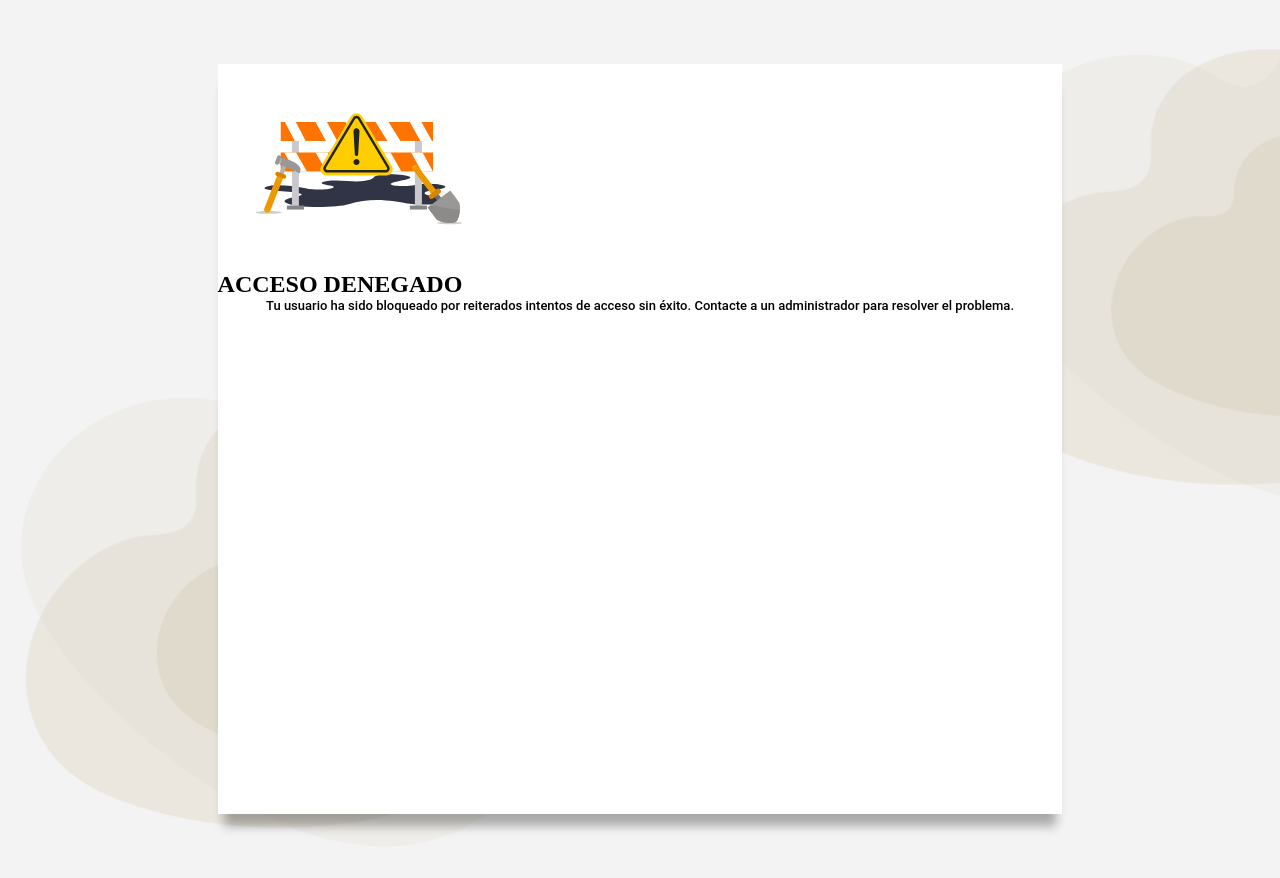
Repository: AlejandraBarrachina23/TPIntegrador_Barrachina_Java
Page: http://localhost/Alejandra_Barrachina_TP_Integrador1/error404.jsp
The author's editor kept a copy of each file at every save. The page is drawn from the files as they stood at one save, then again after the next save.
The browser window is 1280 px wide. The pictures show the whole page.
Some web libraries are served in a nearby version. The page is served by Tomcat 9. Nobody is signed in. The application's start-up code is not run. Other server files are loaded and not shown.

Above is the page before, as saved 2019-12-04 22:05:05.

### Alejandra_Barrachina_TP_Integrador1/WebContent/error404.jsp

<%@ page language="java" contentType="text/html; charset=ISO-8859-1"
    pageEncoding="ISO-8859-1"%>
<!DOCTYPE html>
<html>
<head>
<meta charset="ISO-8859-1">

<script src="https://kit.fontawesome.com/735f5623c2.js" crossorigin="anonymous"></script>
<link href="estilos.css" type="text/css" rel=stylesheet>
</head>
<body>

<div id="error-404">
		<img src="img/404.svg" alt="icono-advertencia" class="icono-advertencia">
		<h2>ACCESO DENEGADO</h2>
		<p>Tu usuario ha sido bloqueado por reiterados intentos de acceso sin éxito. Contacte a un administrador para resolver el problema.</p>
</div>

</body>
</html>

### Alejandra_Barrachina_TP_Integrador1/WebContent/estilos.css
@charset "ISO-8859-1";


* {
	padding:0px;
	margin:0px;
	border:0px;
}

body {
		background-color:#f3f3f3;
		background-image: url(iconos/fondo.png);
		background-repeat: no-repeat;
 		background-size: cover;

}


/*=============================================================
      FORMULARIO LOGIN
 ============================================================== */

 #error-404 {

 	background-color:#fff;
 	width:65;
 	height:750px;;
 	margin	: 5% 17%;
 	box-shadow: 0px 18px 10px -6px rgba(0,0,0,0.31);
 }

 #form-login {

	width:65%;
 	margin	: 5% 17%;

}

#form-login-right, #form-login-left {


	height:750px;
	float:left;
	background-color:#F9FBFC;

}

#form-login-left {

	width:65%;
	border-top-left-radius: 20px;
	border-bottom-left-radius: 20px;
	box-shadow: 0px 18px 10px -6px rgba(0,0,0,0.31);
	opacity:0.9;
}

#form-login-left img {

	width:90%;
	padding	: 10% 5%;

}

#form-login-right {

	width:33%;
	border-top-right-radius: 20px;
	border-bottom-right-radius: 20px;
	box-shadow: 13px 14px 10px -6px rgba(0,0,0,0.31);
	opacity:0.8;

}


h1 {

		font-size:50px;
		font-family: 'Bebas Neue', cursive;
		color:#2C5060;
		margin-top:30%;
		text-align:center;
}

p, #form-login-right a {

	font-family: 'Roboto', sans-serif;
	font-weight: 500;
	font-size: 13px;
	color:black;
	text-align:center;
}

.text-box {

	border-bottom: 1px solid black;
	width:250px;
	text-align: center;
	margin-left:12%;
}

.text-box i {

	float:left;
	color: #2C5060;
	padding:7px;
}

#form-login-right [type="text"], #form-login-right [type="password"]{

	padding:5px;
	width:180px;
	border:none;
	outline:none;
	background-color:#FAFCFD;
	font-family: 'Oswald', sans-serif;

}

.main-button {

	background-color: #2C5060;
	color:white;
	width:35%;
	font-size:15px;
	border-style:none;
	padding:5px;
	border-radius: 15px;
	border: 0px solid #000000;
	box-shadow: 10px 10px 25px -13px rgba(0,0,0,0.75);
	font-family: 'Oswald', sans-serif;
	margin-left: 50%;

}

.main-button:hover {

	background-color: #1a6373;
}

.iconos-redes {

	width:5%;

}


#login-informacion {

	width:90%;
	padding:5%;

}


#login-informacion a{

	font-family: 'Oswald', sans-serif;
	font-size:15px;
	margin-left:48%;
}

#login-contacto{

	margin-top:50%;
	text-align:center;
}


#login-contacto p {

	font-size:18px;
	font-family: 'Oswald', sans-serif;

}

#login-recuperacion{

	padding-top:20%;
	text-align:center;

}

.restart-button{

	background-color: #2C5060;
	color:white;
	width:35%;
	font-size:15px;
	border-style:none;
	padding:5px;
	border-radius: 15px;
	border: 0px solid #000000;
	box-shadow: 10px 10px 25px -13px rgba(0,0,0,0.75);
	font-family: 'Oswald', sans-serif;

}

#form-advertencia {

	width:100%;
	text-align:center;
	margin-top:50%;
	color:#E16C78;
	font-family: 'Oswald', sans-serif;

}

.icono-advertencia{

	margin-top:15%;
	padding:2%;
	width:30%;
	margin: 0 auto;

}

#form-advertencia p {

	color:#E16C78;
	font-size: 15px;
}

.blue{

	color:#30A9E3;
}


 /*=======================
      FORMULARIO INDEX
 ========================= */

 .section-principal{

	float:left;
	height:1100px;
	width:90%;
	background-color:#f3f3f3;
	color:black;
	text-align:center;
	margin-left:10%;
}

.section-principal select {

	font-family: 'Oswald', sans-serif;
	border:1px solid black;
	margin:5px;
	padding:2px;
	color:black;
}

.section-principal input{

	width:15%;
	padding:5px;
	border:1px solid black;
	font-family: 'Oswald', sans-serif;
}

.section-principal label{

	font-size:18px;
	font-family: 'Oswald', sans-serif;

}

.section-principal a{

	color:black;

}


nav {

	background-color:#2C5060;
	font-family: 'Francois One', sans-serif;
	width:10%;
	height:950px;
	font-size:15px;
	float:left;
	position:fixed;

}

 ul {

	list-sytle: none;
	width:100%;
}

a {

	text-decoration:none;
	color:white;

}

li:hover {

	border-left: solid 4px #2896BC;
	background-color: #2F5866;
	transition: background-color 0.3s;
	transition: border 0.3s;

}

ul li {

	border-left: solid 4px #2C5060;
	font-family: 'Oswald', sans-serif;
	padding:15px;
	border-bottom: 1px solid #2D5C6D;


}

.icon{

	width:13%;
	padding-right:5px;

}


#icon-usuario{

	width:40%;
}

li .icon{

	float:left;

}


#user {

	width:100%;
	margin-top:40%;
	text-align:center;
	padding: 10% 0%;
	border-bottom: 1px solid #2D5C6D;

}

#user h2{

	color:#fff;

}

#user p, #header-user p {

	font-size:15px;
	color:#fff;
	padding:8px;
	font-family: 'Oswald', sans-serif;
}

 /*=======================
      FORMULARIO ALUMNOS
 ========================= */


#logo{

	width:30%;
	height:150px;
	border-bottom: 1px solid white;
	color:white;
	text-align:center;
	margin-top:30px;
}

#alumnos-principal {

	background-color:#fff;
	width:83%;
	margin-left: 200px;
	height:300px;
	box-shadow: 10px 10px 25px -13px rgba(0,0,0,0.75);

}

#form-agregar-usuario {

	background-color: white;
	width:95%;
	height:200px;
	margin:20px;
	padding:10px;
	box-shadow: 10px 10px 25px -13px rgba(0,0,0,0.75);
	display: none;


}

#form-listado-alumnos,#form-cursos,#form-listado-calificaciones {

	background-color: white;
	width:97%;
	height:970px;
	margin:20px;
	padding:10px;
	box-shadow: 10px 10px 25px -13px rgba(0,0,0,0.75);

}

#form-cursos{

	background-color:#f3f3f3;
	box-shadow: none;
}

#btn-flecha {

	background-image: url("iconos/flecha.png");
	background-repeat: no-repeat;
	width:25px;
	height:25px;
	background-color:#2C5060;
	border: 0;
	float:right;

}

.dato {

	float:left;
	margin: 10px;
	width:23%;


}

.dato input {

		width: 200px;
		background: #f3f3f3;
		font: inherit;
		box-shadow: 0 6px 10px 0 rgba(0, 0, 0 , .1);
		border: 0;
		outline: 0;
		padding: 8px;

}

.encabezados {

	background-color:#2C5060;
	color:white;
	padding:10px;
	margin:10px;
	font-family: 'Oswald', sans-serif;

}



h3 {

	display:inline;

}

label {

	color:#2C5060;
	font-family: 'Open Sans', sans-serif;
	font-weight: 600;
	font-size: 10px;
}

.flecha {

	float:right;
}

.content-table{

	border-collapse:collapse;
	margin:20px 10px;
	font-size:0.9em;
	width:99%;
	min-width:600px;
	box-shadow: 7px 9px 23px -13px rgba(0,0,0,0.93);
	font-family: 'Roboto', sans-serif;

}

.content-table-cursos{

	border-collapse:collapse;
	margin:20px 10px;
	font-size:0.9em;
	width:50%;
	min-width:600px;
	box-shadow: 7px 9px 23px -13px rgba(0,0,0,0.93);
	font-family: 'Roboto', sans-serif;
}

.content-table th, .content-table-cursos {

	background-color:#2C5060;
	color:white;
	font-weight: 600;
	padding:12px;



}

.content-table tr,
.content-table td {

	padding:5px 5px;

}

.content-table td {

	border-bottom: 1px solid #dddddd;

}

.content-table tr:nth-of-type(even) {

	background-color:#f3f3f3;

}

.content-table tr:last-of-type {

	border-bottom: 3px solid #2C5060;

}

.content-table-cursos .content-fileter{

	width:50%;

}

.content-filter {

	background-color:#f3f3f3;
	width:100%;
	text-align:center;
	padding:10px;


}

.pie-pagina{

	float:left;
	margin-top:20px;
	text-align:right;
	width:100%;
}

 /*=======================
      FORMULARIO ALUMNOS
 ========================= */

#section-index{

	float:left;
	height:900px;
	width:100%;
	margin:1px 1px;
	text-align:center;

}

#index-encabezado{

	background-color:#2C5060;
	text-align:center;
	height:295px;
	width:100%;

}

#section-index img {

	width:50%;

}

#index-descripcion {

	box-shadow: 10px 10px 25px -13px rgba(0,0,0,0.75);
	font-family: 'Roboto', sans-serif;
	background-color:#fff;
}


#index-descripcion-encabezado{

	text-align:center;
	background-color:#fff;

}

#index-descripcion-encabezado img{

	width:50%;

}

#index-descripcion-encabezado h2{

	font-size:50px;
	font-family: 'Francois One', sans-serif;
	color:#2C5060;

}

#index-descripcion-encabezado p{

	font-size:15px;
	font-family: 'Francois One', sans-serif;
	color:#2C5060;

}

#index-descripcion-contenido{

	text-align:center;
	height:430px;
	padding-left:220px;
}

#index-descripcion-contenido-profesores{


	height:430px;
	width:100%;


}

#index-descripcion-contenido-profesores .index-item-descripcion{

	width:18%;
	height:300px;
	float:left;
	margin-left:40%;

}

.index-item-descripcion {

	width:18%;
	height:300px;
	float:left;
	margin:30px;

}

.index-item-descripcion img {

	width:40%;
	padding:0% 20%;
	margin:0% 5%;
}

.index-item-descripcion h3 {

	font-size:25px;
	font-family: 'Oswald', sans-serif;

}

.index-item-descripcion p {

	font-size:15px;

}

.btn-index {

	padding:10px;
	margin:10px 38px;
	background-color: #2C5060;
	font-family: 'Oswald', sans-serif;
	font-size:20px;
	color:#fff;
	width:60%;
	box-shadow: 10px 10px 25px -13px rgba(0,0,0,0.75);
	float:left;
	text-align:center;

}

.modal-fondo {

	background: rgba(0,0,0,0.3);
	position:fixed;
	top:0;
	bottom:0;
	left:0;
	right:0;
	display:flex;
	align-items:center;
	justify-content:center;
	visibility:hidden;

}

.modal-fondo.active{

	visibility:visible;
}

.modal-contenido {

	background-color:#fff;
	box-shadow: 10px 10px 25px -13px rgba(0,0,0,0.75);
	width:20%;
	border: 3px solid #2C5060;
	padding-bottom: 15px;
}

.modal-contenido .btn-modal {

	width:30%;
	color:white;
	background-color: #2C5060;
	font-size:20px;
	padding:5px;
	margin:5px;

}

.modal-contenido [type="text"] {

	width:70%;
	font-size: 13px;
	margin-bottom:15px;

}

.modal-contenido h3 {

	font-size: 20px;
	font-family: 'Oswald', sans-serif;
	background-color:#2C5060;
	display:block;
	color:#fff;
	padding:8px;

}

.modal-contenido label {

	font-size: 15px;
	font-family: 'Roboto', sans-serif;
}

.modal-contenido select, .modal-contenido [type="date"], .modal-contenido [type="email"], .modal-contenido [type="number"] {

	font-family: 'Oswald', sans-serif;
	border:1px solid black;
	margin:5px;
	padding:2px;
	width:74%;
	padding:1%;
	color:black;

}

.modal-contenido [type="date"], .modal-contenido [type="email"], .modal-contenido [type="number"]{

	width:71%;

}

.opciones {

	color:black;
	background-color:#fff;

}

.btnFormulario {

	width:12%;
	padding:10px;
	font-size: 15px;
	font-family: 'Oswald', sans-serif;
	border-radius: 8px;
	background-color:#2C5060;
	color:white;
	float:right;
	border:0;
	margin:8px;
}

td .btn-modificar {

	width:22%;
	height:32px;
	background-image:url(iconos/modificar.png);
	background-repeat: no-repeat;
	border:none;
	background-color:inherit;
}

td .btn-eliminar {

	width:22%;
	height:32px;
	background-image:url(iconos/borrar.png);
	background-repeat: no-repeat;
	border:none;
	background-color:inherit;

}

td .btn-mostrar {

	width:12%;
	height:32px;
	background-color:blue;
	background-image:url(iconos/mostrar.png);
	background-repeat: no-repeat;
	border:none;
	background-color:inherit;
}

td .btn-calificaciones {

	width:12%;
	height:32px;
	background-image:url(iconos/notas.png);
	background-repeat: no-repeat;
	border:none;
	background-color:inherit;
}

/*=============================================================
      FORMULARIO CURSOS
 ============================================================== */

#form-curso-izquierda{

	background-color: #fff;
	width:38%;
	float:left;
	color:black;
	padding:0px 5%;
	box-shadow: 10px 10px 25px -13px rgba(0,0,0,0.75);
}

#form-curso-derecha{

	width:38%;
	float:left;
	box-shadow: 10px 10px 25px -13px rgba(0,0,0,0.75);
	padding:5px 5%;
	margin-left:2%;
	background-color:#fff;

}

#form-curso-izquierda [type="text"], #form-curso-izquierda select{

	padding:5px;
	width:180px;
	background-color:#FAFCFD;
	font-family: 'Roboto', sans-serif;
	font-size: 12px;
	color:black;

}

#form-curso-izquierda label {

	font-size:18px;
	display: block;
	witdh:20px;
}

.form-cursos-encabezado-izquierda{

	background-color: #2C5060;
	width:100%;
	margin: 20px 0px;
	padding:1px;


}

.form-cursos-encabezado-izquierda h2{

	color:white;
	padding:2px;
	font-family: 'Oswald', sans-serif;
}

#form-curso-derecha #listado-alumnos {

	text-align:center;
	width:100%;

}

#form-curso-derecha #listado-alumnos li {

	font-size:15px;
	padding:0;
	width:20%;
	border:none;
	background-color:none;
	margin-left:40%;
	list-style: none;



}

#form-curso-derecha #listado-alumnos li:hover {

	background-color:white;
}

/*=============================================================
      FORMULARIO CALIFICACIONES
 ============================================================== */

.busqueda-califaciones{

	width:98%;
	margin:1%;
	box-shadow: 0px 18px 10px -6px rgba(0,0,0,0.31);
	background-color:#fff;
	padding-bottom:2%;

}

.busqueda-califaciones h2{

	width:99%;
	background-color:blue;
	color:#fff;
	background-color:#2C5060;
	font-family: 'Oswald', sans-serif;
	padding:0.5%;
	margin-bottom:1%;

}

#form-listado-calificaciones h2{

	color:#fff;
	background-color:#2C5060;
	font-family: 'Oswald', sans-serif;
	width:99%;
	padding:0.5%;

}


/*=============================================================
      FORMULARIO REPORTES
 ============================================================== */


#form-reportes{

	background-color: #f3f3f3;
	width:97%;
	height:970px;
	margin:20px;
	padding:10px;

}

#form-reportes-fila-uno{

	width:85%;
	height:250px;
	padding-left: 15%;

}

.fila-uno-items{

	width:15%;
	height:190px;
	float:left;
	margin:1%;
	box-shadow: 0px 18px 10px -6px rgba(0,0,0,0.31);
	background-color:#fff;
	padding:1%;
	border-radius:10px;

}

.fila-uno-items img {

	width:40%;
	padding:3%;


}

.fila-uno-items h2 {

	font-family: 'Oswald', sans-serif;
	font-size:20px;

}

.fila-uno-items p {

	font-size:25px;
	font-family: 'Francois One', sans-serif;
	color:#2C5060;

}

.fila-uno-items-pie{

	padding:2%;
	margin-left:25%;
}

.fila-uno-items-pie img {

	width:12%;
	float:left;
}


.fila-uno-items-pie p {

	font-size:20px;
	float:left;

}

#form-reportes-fila-dos{

	width:100%;
	margin-top:3%;
	height:500px;


}

.form-reportes-graficos{

	width:25%;
	background-color:#fff;
	float:left;
	box-shadow: 0px 18px 10px -6px rgba(0,0,0,0.31);
	margin:3% 1%;
	padding:3%;
	border-radius:5px;
}

.form-reportes-graficos h3 {

	font-family: 'Oswald', sans-serif;
	margin:5%;
}

#form-reportes-fila-dos h2, #form-reportes-fila-tres h2{

	font-family: 'Oswald', sans-serif;
	background-color:#2C5060;
	color:white;
	width:99.5%;
	padding:0.5%;

}

.fila-uno-items-pie{

	border-top: 1px solid #f3f3f3;

}

#form-reportes-fila-tres {

	width:100%;
	heigth:300px;

}

.reporte-fila-tres-promedio{

	width:39%;
	float:left;
	text-align:center;
	margin:0.5%;
	background-color:#fff;
	box-shadow: 0px 18px 10px -6px rgba(0,0,0,0.31);
	padding:0.5% 5%;

}

.reporte-fila-tres-promedio h3{

	font-family: 'Oswald', sans-serif;
}

#form-reportes-fila-tres .content-table {

	width:100%;
	float:left;
	padding:20px;
	margin:3% 6%;

}

.resultado-busqueda{

	width:98%;
	heigth:500px;
	background-color:#fff;
	overflow:hidden;
	margin-left:1%;
}

.resultado-busqueda-asistencias{

	width:98%;
	heigth:500px;
	overflow:hidden;
	margin-left:1%;

}

.tabla-resultado-busqueda{

	width:60%;
	float:left;
	margin: 1% 20%;

}

.resultado-busqueda-asistencias .tabla-resultado-busqueda{

	width:30%;
	float:left;
	margin: 1% 20%;
}


.titulos {

	background-color:#2C5060;
	color:#fff;
	padding:0.5%;
	font-family: 'Oswald', sans-serif;

}

.form-reportes-graficos-asistencias{

	width:30%;
}


.form-reportes-graficos-asistencias h3{

	font-family: 'Oswald', sans-serif;
}

.resultado-busqueda-asistencias .graficos-resultado-busqueda .form-reportes-graficos-asistencias{

	margin-left:35%;
	margin-top:1%;
}

.resultado-busqueda-asistencias .tabla-resultado-busqueda{

	margin-left:32%;
	margin-top:1%;
}

Loaded but not shown: Alejandra_Barrachina_TP_Integrador1/WebContent/img/404.svg (5837 lines, source omitted)

After the next save:
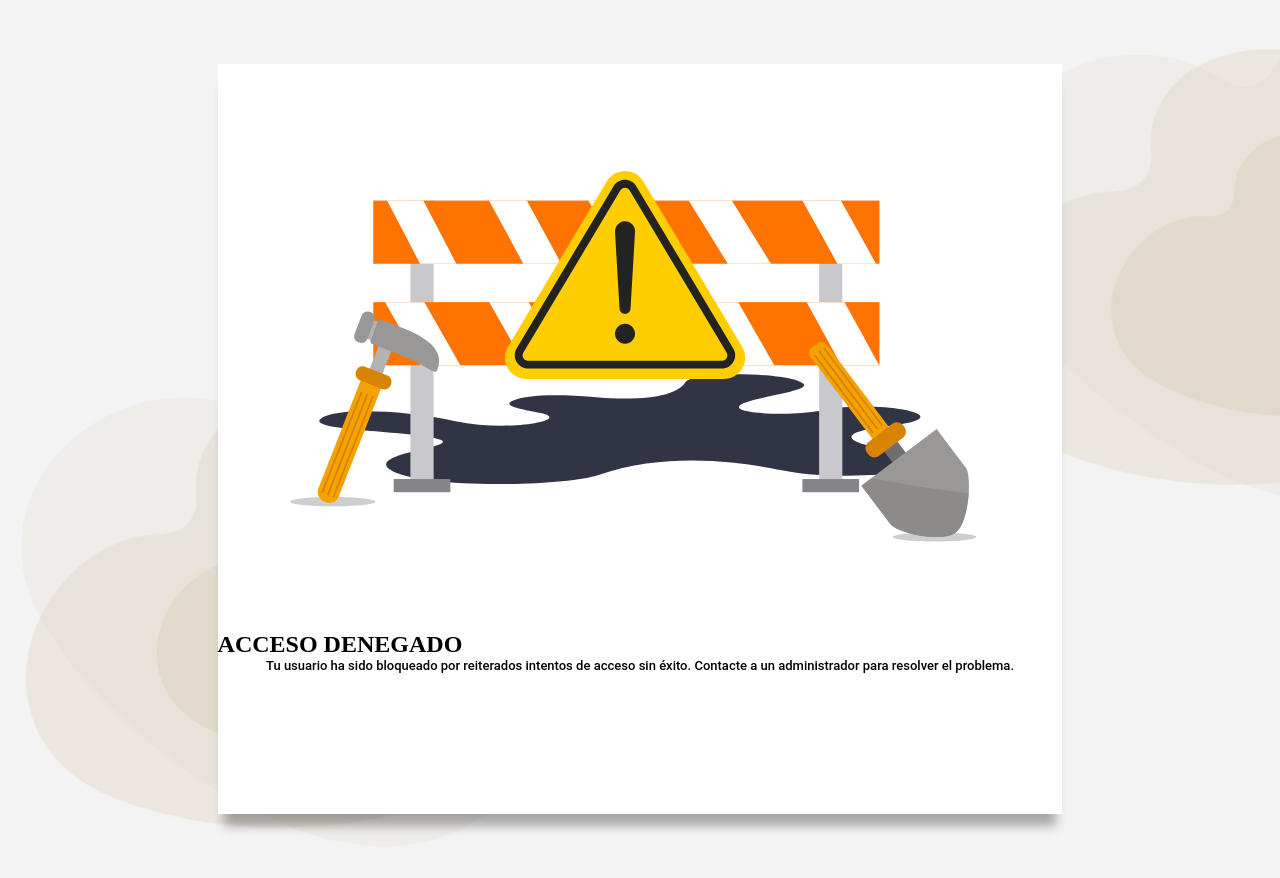
Saved 26 s later.
--- a/Alejandra_Barrachina_TP_Integrador1/WebContent/error404.jsp
+++ b/Alejandra_Barrachina_TP_Integrador1/WebContent/error404.jsp
@@ -12,7 +12,7 @@
 <body>
 
 <div id="error-404">
-		<img src="img/404.svg" alt="icono-advertencia" class="icono-advertencia">
+		<img src="img/404.svg" alt="icono-advertencia" class="">
 		<h2>ACCESO DENEGADO</h2>
 		<p>Tu usuario ha sido bloqueado por reiterados intentos de acceso sin éxito. Contacte a un administrador para resolver el problema.</p>
 </div>
